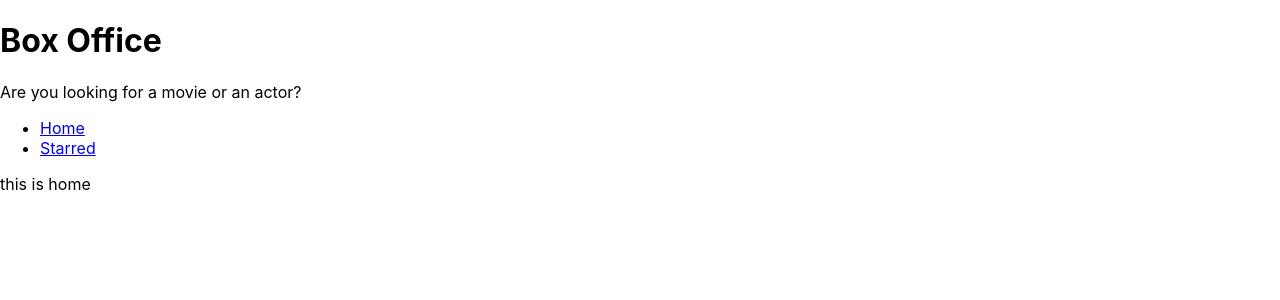
Repository: Hrishabhsinghai/box-office
Page: /
The author's editor kept a copy of each file at every save. The page is drawn from the files as they stood at one save, then again after the next save.
The browser window is 1280 px wide. The pictures show the whole page.
The project was rebuilt for these pictures with package versions that can differ from the ones it lists, and the page was loaded fresh each time. Also part of the build but not shown: src/pages/Starred.js.

Above is the page before, as saved 2022-06-29 12:46:54.

### src/App.js
import React from 'react';
import { Switch, Route } from 'react-router-dom';

import Home from './pages/Home';
import Starred from './pages/Starred';

function App() {
  return (
    <Switch>
      <Route exact path="/">
        <Home />
      </Route>

      <Route exact path="/starred">
        <Starred />
      </Route>
      <Route>
        <div>Not found</div>
      </Route>
    </Switch>
  );
}

export default App;

### src/pages/Home.js
import React from 'react';
import MainPageLayout from '../components/MainPageLayout';

const Home = () => {
  return <MainPageLayout>this is home</MainPageLayout>;
};

export default Home;

Loaded but not shown: public/index.html (common file); src/index.js (common file); src/index.css (common file); src/reportWebVitals.js (common file); src/components/MainPageLayout.js (common file); src/components/Navs.js (common file); src/components/Title.js (common file)

After the next save:
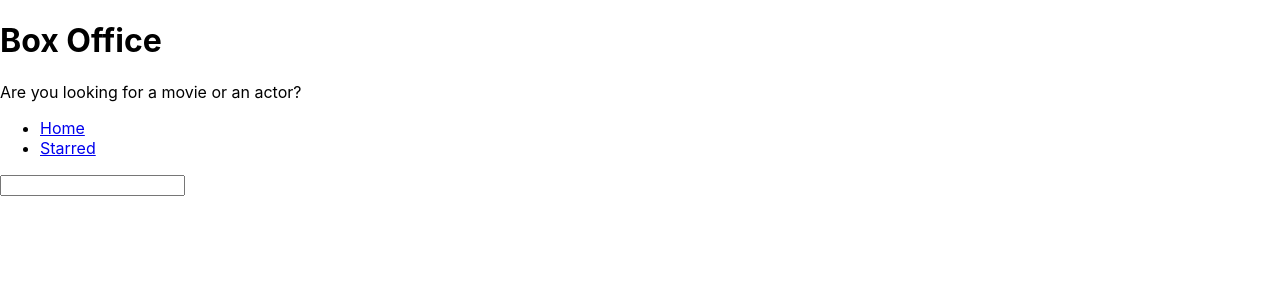
Saved 10 h 34 min later.
--- a/src/pages/Home.js
+++ b/src/pages/Home.js
@@ -1,8 +1,17 @@
-import React from 'react';
+import React, { useState } from 'react';
 import MainPageLayout from '../components/MainPageLayout';
 
 const Home = () => {
-  return <MainPageLayout>this is home</MainPageLayout>;
+  const [input, setInput] = useState(' ');
+
+  const onInputChange = ev => {
+    console.log(ev);
+  };
+  return (
+    <MainPageLayout>
+      <input type="text" onChange={onInputChange => {}} />
+    </MainPageLayout>
+  );
 };
 
 export default Home;
